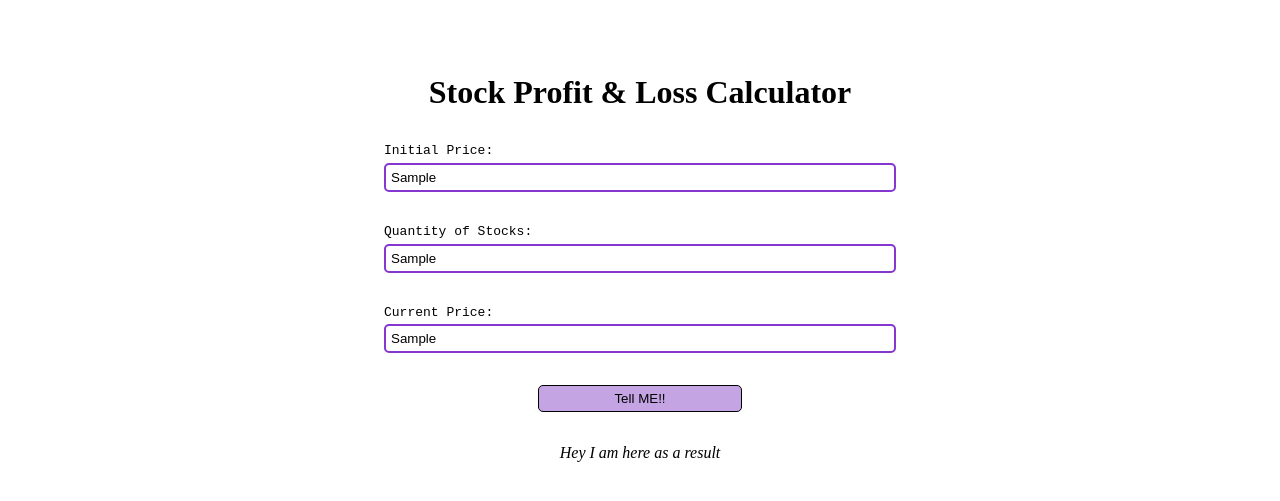
Repository: patelamancode/Stock-P-L-Calculator
Page: index.html
An editor plug-in stored every save of this project. The page is shown before and after the next save, followed by the edit.
The browser window is 1280 px wide. The pictures show the whole page.
Empty fields were first filled with sample values (such as "Sample", 5 or name@example.com).
After loading, the first visible `#check-btn` was clicked once.

Above is the page before, as saved 2022-11-23 18:38:52.

After the next save:
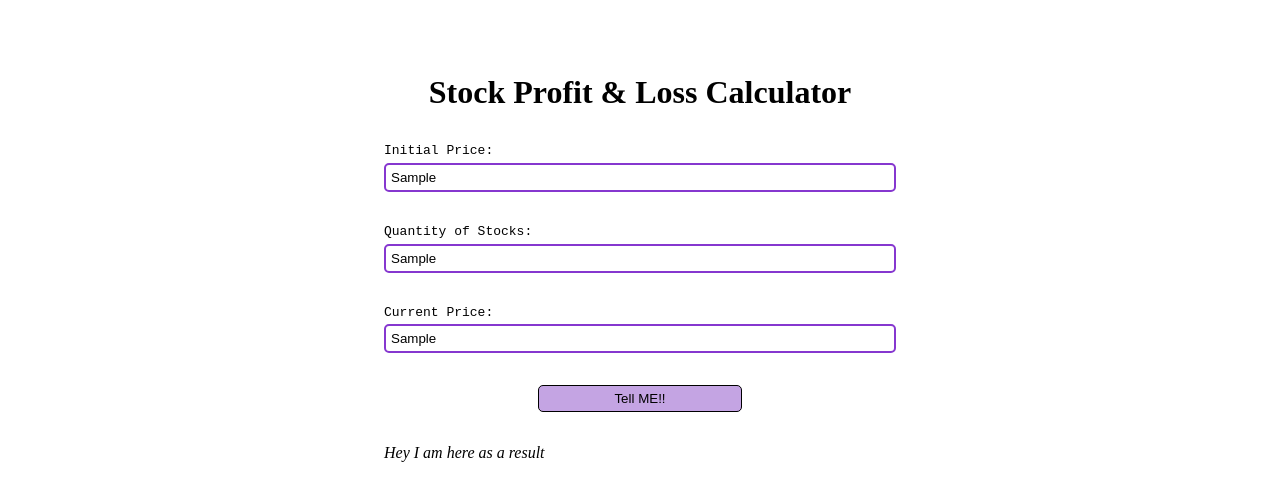
Saved 25 s later.
--- a/index.js
+++ b/index.js
@@ -9,7 +9,7 @@ const resultDisplay = document.querySelector('#result-display');
 
 
 function showResult(){
-    resultDisplay.style.display = "block";
+    resultDisplay.style.display = "flex";
 
 }
 
